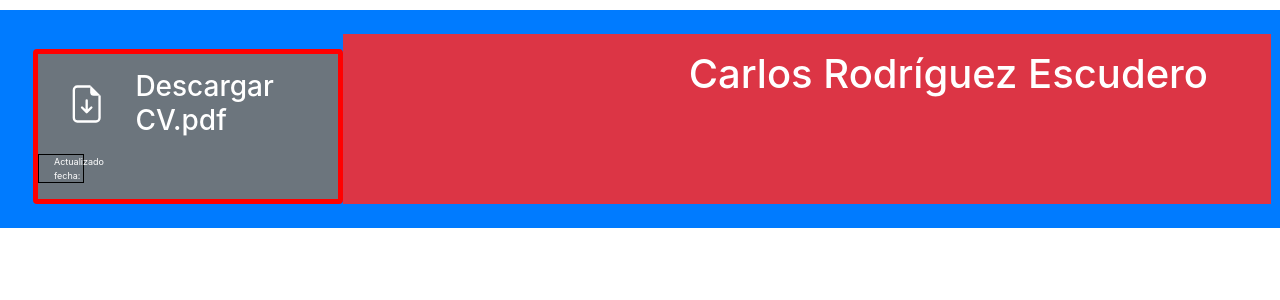
Repository: CarlosRoEs/CarlosWebCV
Page: index.html
An editor plug-in stored every save of this project. The page is shown before and after a run of saves, followed by the edit.
The browser window is 1280 px wide. The pictures show the whole page.
The style sheet was rebuilt from its Sass, Less or Tailwind sources for each picture, by a compiler version that may differ from the author's.

Above is the page before, as saved 2020-09-15 13:23:11.

### index.html
<!DOCTYPE html>
<html lang="es">

<head>
    <meta charset="UTF-8">
    <meta name="viewport" content="width=device-width, initial-scale=1.0">
    <title>Document</title>
    <link rel="stylesheet" href="bootstrap/css/bootstrap.min.css">
    <link rel="stylesheet" href="dist/header.css">
</head>

<body>

    <div class="container-fluid">
        <div class="row">
            <header id="header" class="col-12 bg-primary text-white p-4 pl-5">
                <div class="row d-flex flex-row flex-wrap justify-content-start">
                    <div class="col-3 d-flex flex-row flex-wrap">
                        <div class="row">
                            <a href="#" id="a-header" class="col-12 d-flex flex-row flex-wrap rounded bg-secondary">
                                <svg width="100px" height="100px" viewBox="0 0 16 16"
                                    class="bi bi-file-earmark-arrow-down col-3" fill="white"
                                    xmlns="http://www.w3.org/2000/svg">
                                    <path
                                        d="M4 0h5.5v1H4a1 1 0 0 0-1 1v12a1 1 0 0 0 1 1h8a1 1 0 0 0 1-1V4.5h1V14a2 2 0 0 1-2 2H4a2 2 0 0 1-2-2V2a2 2 0 0 1 2-2z" />
                                    <path d="M9.5 3V0L14 4.5h-3A1.5 1.5 0 0 1 9.5 3z" />
                                    <path fill-rule="evenodd"
                                        d="M8 6a.5.5 0 0 1 .5.5v3.793l1.146-1.147a.5.5 0 0 1 .708.708l-2 2a.5.5 0 0 1-.708 0l-2-2a.5.5 0 1 1 .708-.708L7.5 10.293V6.5A.5.5 0 0 1 8 6z" />
                                </svg>
                                <h3 id="h3-header" class="col-9 mt-3 text-left text-white">Descargar CV.pdf</h3>

                                <div class="row">
                                    <p class="col-5 text-white">Actualizado fecha:</p>
                                </div>
                            </a>
                        </div>
                    </div>
                    <div class="col-9 bg-danger d-flex justify-content-end">
                        <h1 class="mt-3 mr-5 align-items-center">Carlos Rodríguez Escudero</h1>
                    </div>
                </div>
            </header>
        </div>

    </div>

    <script type="text/javascript" src="jquery/jquery-3.5.1.min.js"></script>
    <script type="text/javascript" src="bootstrap/js/bootstrap.min.js"></script>
</body>

</html>

### Sass/header.scss
* {
    margin: 0px;
    padding: 0px;
}

#header {
    margin-top: 10px;
    p {
        border: 1px solid black;
    }

    #a-header {
        margin-top: 15px;
        border: 5px solid red;
        font-size: 9px;
    }
}

Loaded but not shown: bootstrap/css/bootstrap.min.css (library); jquery/jquery-3.5.1.min.js (library); bootstrap/js/bootstrap.min.js (library)

After the next 2 saves:
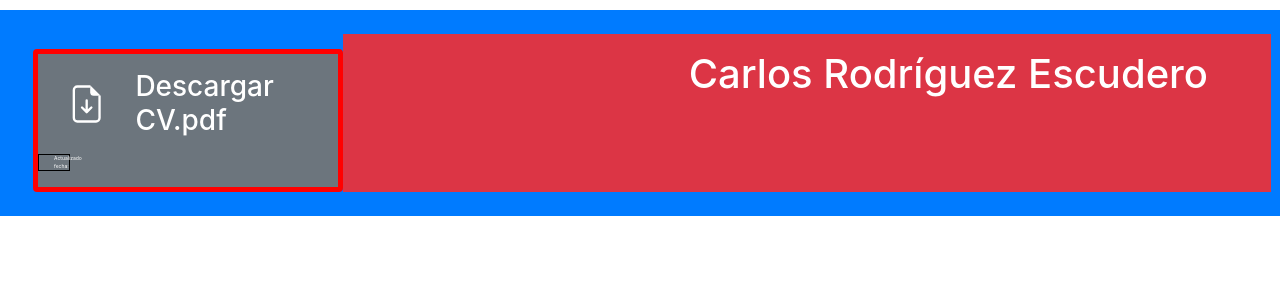
The 2 saves are shown as one change because they came seconds apart.
The last was saved 8 s later.
--- a/Sass/header.scss
+++ b/Sass/header.scss
@@ -12,6 +12,6 @@
     #a-header {
         margin-top: 15px;
         border: 5px solid red;
-        font-size: 9px;
+        font-size: 5px;
     }
 }
